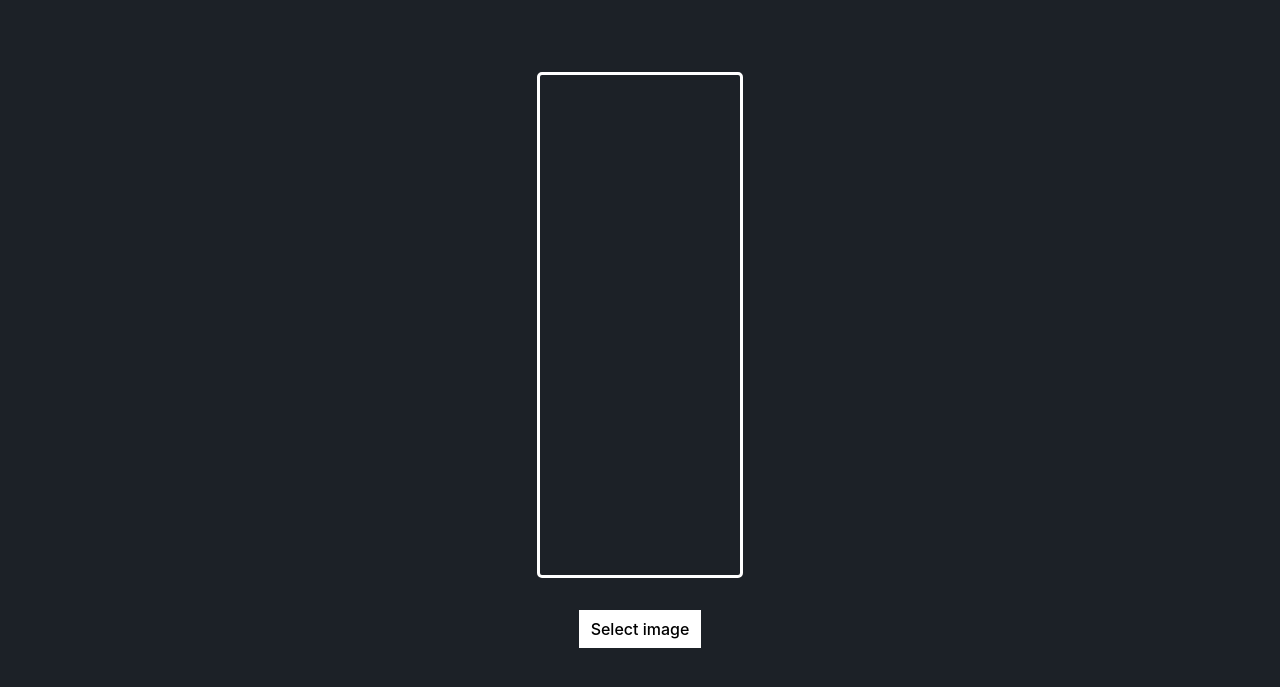
Repository: StephaneCash/Reconnaissance_Immatriculation_Plate
Page: /
These files come from the project's save history. The page is drawn as it stood at one moment and after the next save; the edit follows.
The browser window is 1280 px wide. The pictures show the whole page.
The project was rebuilt for these pictures with package versions that can differ from the ones it lists, and the page was loaded fresh each time.

Above is the page before, as saved 2021-11-22 01:11:26.

### src/App.js
import Webcam from "react-webcam";
import React, { Component, useState } from 'react';
import { useRef } from 'react';
import "./App.css"
import "@tensorflow/tfjs-backend-webgl";
import "@tensorflow/tfjs-backend-cpu";
import * as cocoSsd from "@tensorflow-models/coco-ssd";


function App() {

  const fileInputRef = useRef();

  const [imgData, setImgData] = useState(null);

  const openFilePicker = () => {
    if (fileInputRef.current) fileInputRef.current.click();
  }

  const readImage = (file) => {
    return new Promise((rs, rj) => {
      const fileReader = new FileReader();
      fileReader.onload = () => rs(fileReader.result);
      fileReader.onerror = () => rj(fileReader.error);
      fileReader.readAsDataURL(file);
    });
  };

  const onSelectImage = async (e) => {
    const file = e.target.files[0];
    const imgData = await readImage(file);
    setImgData(imgData);
  };

  return (
    <div className="App">
      <div className="objdetect">
        {
          imgData && <img src={imgData} />
        }

      </div>
      <div className="input">
        <input type="file" ref={fileInputRef} onChange={onSelectImage} />
      </div>
      <div className="SelectButton" onClick={openFilePicker}>
        Select image
      </div>
    </div>
  )
}

export default App;

### src/App.css
.App {
  width: 100%;
  height: 100vh;
  background-color: #1c2127;
  display: flex;
  flex-direction: column;
  align-items: center;
  justify-content: center;
  color: #fff;
}

.SelectButton {
  padding: 7px 10px;
  border: 2px solid transparent;
  background-color: #fff;
  color: black;
  font-size: 16px;
  font-weight: 500;
  outline: none;
  margin-top: 2em;
  cursor: pointer;
  transition: all 260ms ease-in-out;
}

.SelectButton:hover {
  background-color: transparent;
  border: 2px solid #fff;
  color: #fff;
}

.objdetect {
  min-width: 200px;
  min-height: 500px;
  border: 3px solid #fff;
  border-radius: 5px;
  display: flex;
  align-items: center;
  justify-content: center;
}

input {
  display: none;

}

Loaded but not shown: public/index.html (common file); src/index.js (common file); src/index.css (common file); src/reportWebVitals.js (common file)

After the next save:
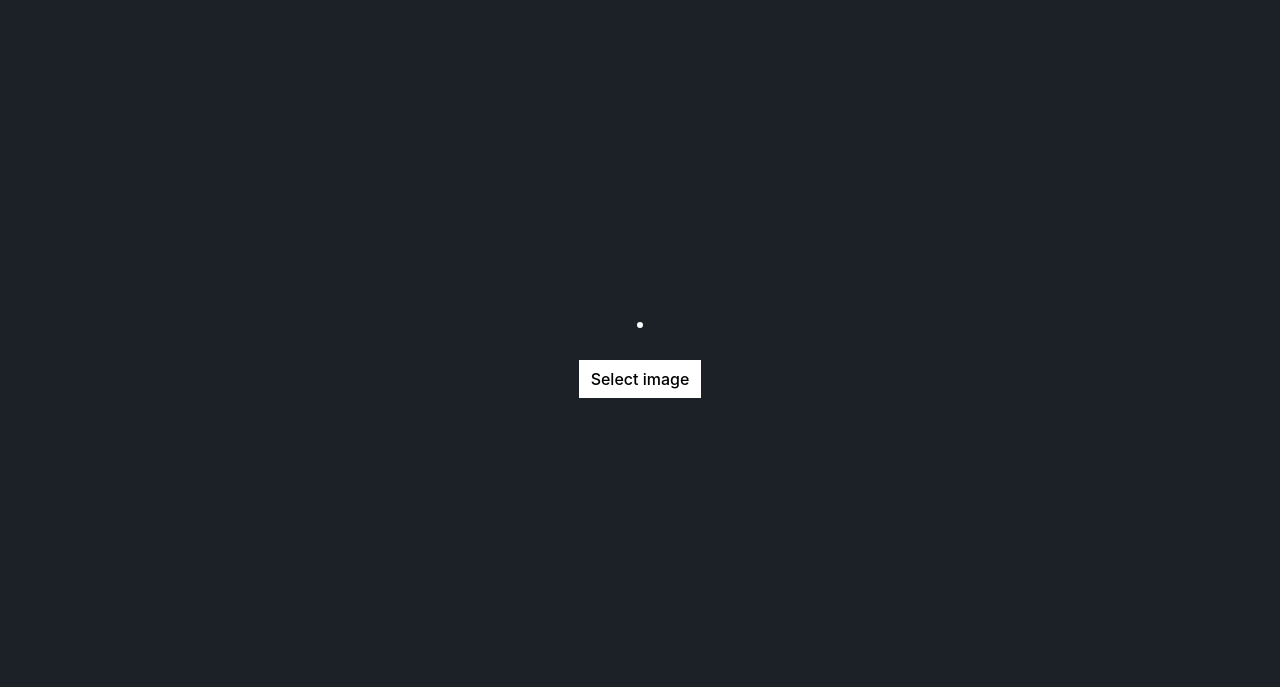
Saved 67 s later.
--- a/src/App.css
+++ b/src/App.css
@@ -29,8 +29,8 @@
 }
 
 .objdetect {
-  min-width: 200px;
-  min-height: 500px;
+  width: auto;
+  height: auto;
   border: 3px solid #fff;
   border-radius: 5px;
   display: flex;
